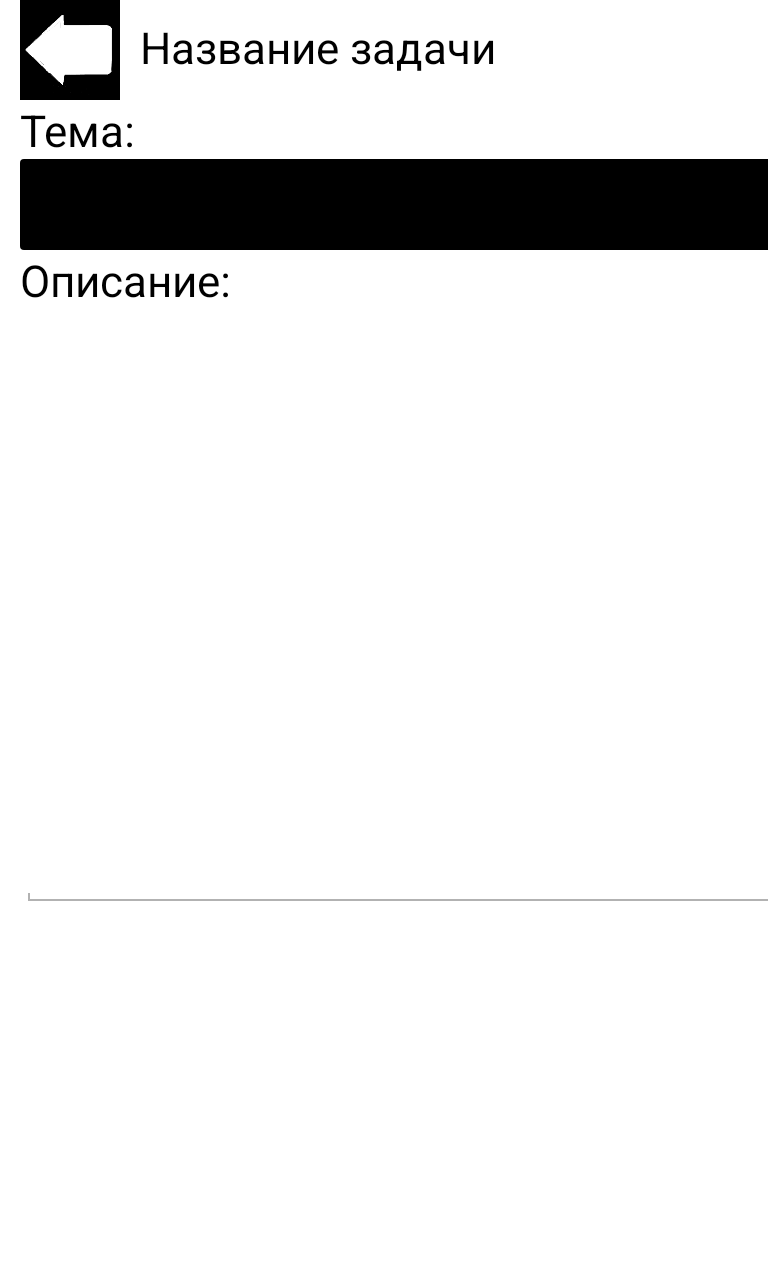
Repository: webguild/RedmineMobile
Layout: Android/RedmineAndroid/res/layout/project_add_task.xml
An editor plug-in stored every save of this project. The layout is shown before and after the next save, followed by the edit.
It is drawn on a 768 x 1280 px phone screen (xhdpi) without system bars, with theme AppTheme; the app's code is not run. Lists and similar views that code fills are empty.

Above is the layout before, as saved 2013-01-18 10:12:16.

After the next save:
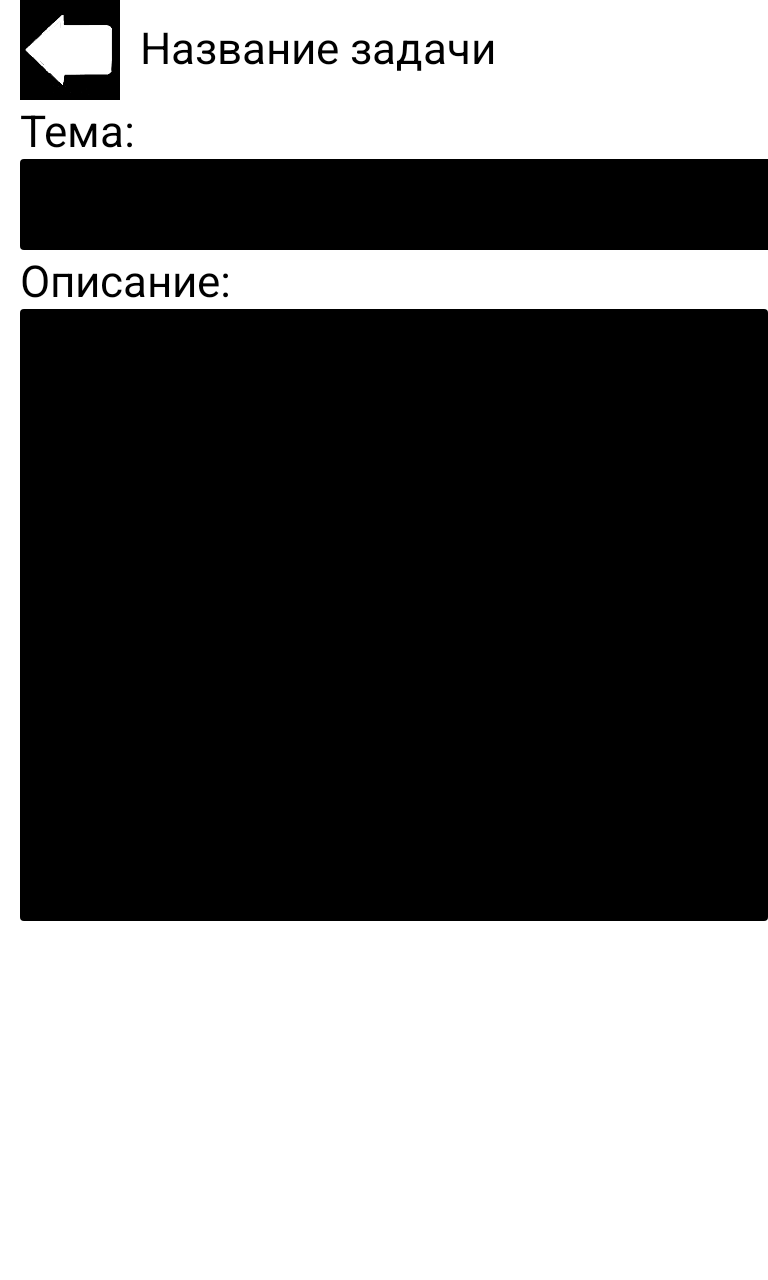
Saved 44 s later.
--- a/Android/RedmineAndroid/res/layout/project_add_task.xml
+++ b/Android/RedmineAndroid/res/layout/project_add_task.xml
@@ -61,7 +61,8 @@
 
     <FrameLayout
         android:layout_width="match_parent"
-        android:layout_height="wrap_content" >
+        android:layout_height="wrap_content"
+        android:background="@drawable/customborder" >
 
         <EditText
             android:id="@+id/editText3"
